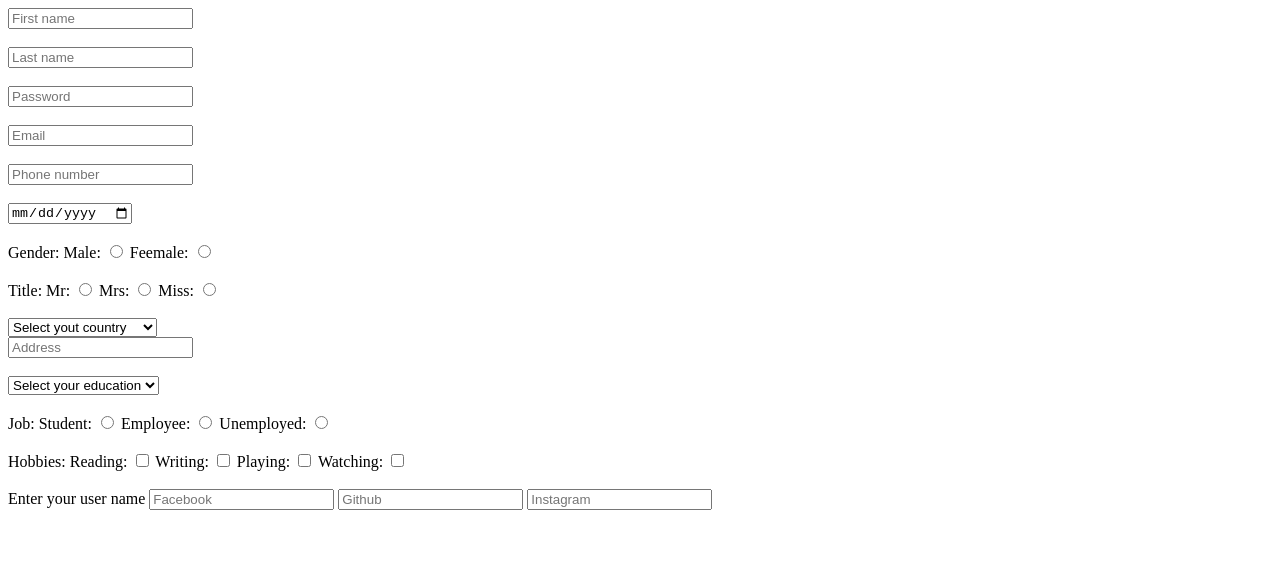
Repository: Haakim19/web-dev
Page: http://localhost/form2/index.php
These files come from the project's save history. The page is drawn as it stood at one moment and after the next save; the edit follows.
The browser window is 1280 px wide. The pictures show the whole page.
The page is run by PHP 8.4 with error messages shown; the project is at /var/www/html/.

Above is the page before, as saved 2024-06-06 18:40:00.

### form2/index.php
<!DOCTYPE html>
<html lang="en">

<head>
    <meta charset="UTF-8">
    <meta name="viewport" content="width=device-width, initial-scale=1.0">
    <title>User detail servay form</title>
</head>

<body>
    <form action="" method="POST">
        <div class="centerd_element">
            <div>
                <input type="text" id="fname" placeholder="First name">
            </div>
            <br>
            <div>
                <input type="text" id="lname" placeholder="Last name">
            </div>
            <br>
            <div>
                <input type="password" id="pwd" placeholder="Password">
            </div>
            <br>
            <div>
                <input type="email" id="email" placeholder="Email">
            </div>
            <br>
            <div>
                <input type="tel" id="pNum" placeholder="Phone number">
            </div>
            <br>
            <div>
                <input type="date" id="bDay" placeholder="Birthday">
            </div>
            <br>
            <div>
                <label for="gender">Gender:</label>
                <label> Male:</label>
                <input type="radio" id="male" name="gender" value="male">
                <label> Feemale:</label>
                <input type="radio" id="female" name="gender" value="male">
            </div>
            <br>
            <div>
                <label for="title">Title:</label>
                <label> Mr:</label>
                <input type="radio" id="Mr" name="title" value="Mr">
                <label> Mrs:</label>
                <input type="radio" id="Mrs" name="title" value="Mrs">
                <label> Miss:</label>
                <input type="radio" id="Miss" name="title" value="Miss">
            </div>
            <br>
            <div>
                <select name="country" id="dropdown" class="countrySelection">
                    <option value disabled selected>Select yout country</option>
                    <option value="sri lanka">Sri lanka</option>
                    <option value="india">India</option>
                    <option value="pakistan">Pakistan</option>
                    <option value="bangladesh">Bangladesh</option>
                    <option value="nepal">Nepal</option>
                    <option value="maldives">Maldives</option>
                    <option value="bhutan">Bhutan</option>
                    <option value="afghanistan">Afghanistan</option>
                    <option value="iran">Iran</option>
                    <option value="iraq">Iraq</option>
                    <option value="kuwait">Kuwait</option>
                    <option value="oman">Oman</option>
                    <option value="qatar">Qatar</option>
                    <option value="saudi arabia">Saudi Arabia</option>
                    <option value="syria">Syria</option>
                    <option value="turkey">Turkey</option>
                    <option value="united arab emirates">United Arab Emirates</option>
                    <option value="egipt">Egipt</option>
                    <option value="australiya">Australiya</option>
                    <option value="armenia">Armenia</option>
                    <option value="georgia">Georgia</option>
                    <option value="uk">Unaited kingdom</option>
                    <option value="usa">USA</option>
                </select>

                <div>
                    <input type="text" id="address" placeholder="Address">
                </div>
                <br>
                <div>
                    <select name="education" id="education" class="eduSelection">
                        <option value disabled selected>Select your education</option>
                        <option value="primary">Primary</option>
                        <option value="secondary">Secondary</option>
                        <option value="high school">High school</option>
                        <option value="diploma">Diploma</option>
                        <option value="degree">Degree</option>
                        <option value="master">Master</option>
                        <option value="phd">PhD</option>
                    </select>
                </div>
                <br>
                <div>
                    <label for="job">Job:</label>
                    <label> Student:</label>
                    <input type="radio" id="student" name="job" value="student">
                    <label> Employee:</label>
                    <input type="radio" id="employee" name="job" value="employee">
                    <label> Unemployed:</label>
                    <input type="radio" id="unemployed" name="job" value="unemployed">
                </div>
                <br>
                <div>
                    <label for="hobbies">Hobbies:</label>
                    <label> Reading:</label>
                    <input type="checkbox" id="reading" name="hobbies" value="reading">
                    <label> Writing:</label>
                    <input type="checkbox" id="writing" name="hobbies" value="writing">
                    <label> Playing:</label>
                    <input type="checkbox" id="playing" name="hobbies" value="playing">
                    <label> Watching:</label>
                    <input type="checkbox" id="watching" name="hobbies" value="watching">
                </div>
                <br>
                <div class="username">
                    <label for="username">Enter your user name</label>
                    <input type="text" id="facebook" placeholder="Facebook">
                    <input type="text" id="github" placeholder="Github">
                    <input type="text" id="instagram" placeholder="Instagram">
                </div>
            </div>

    </form>
</body>

</html>

After the next save:
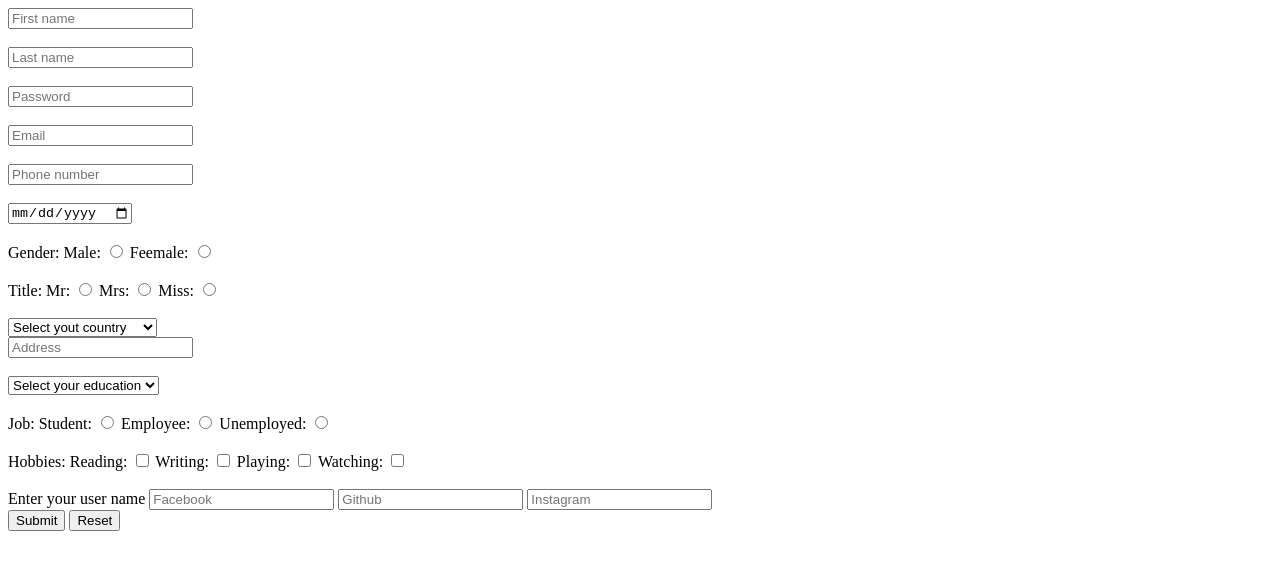
Saved 67 s later.
--- a/form2/index.php
+++ b/form2/index.php
@@ -126,8 +126,9 @@
                     <input type="text" id="instagram" placeholder="Instagram">
                 </div>
             </div>
-
     </form>
+    <button type="submit">Submit</button>
+    <button type="reset">Reset</button>
 </body>
 
 </html>
